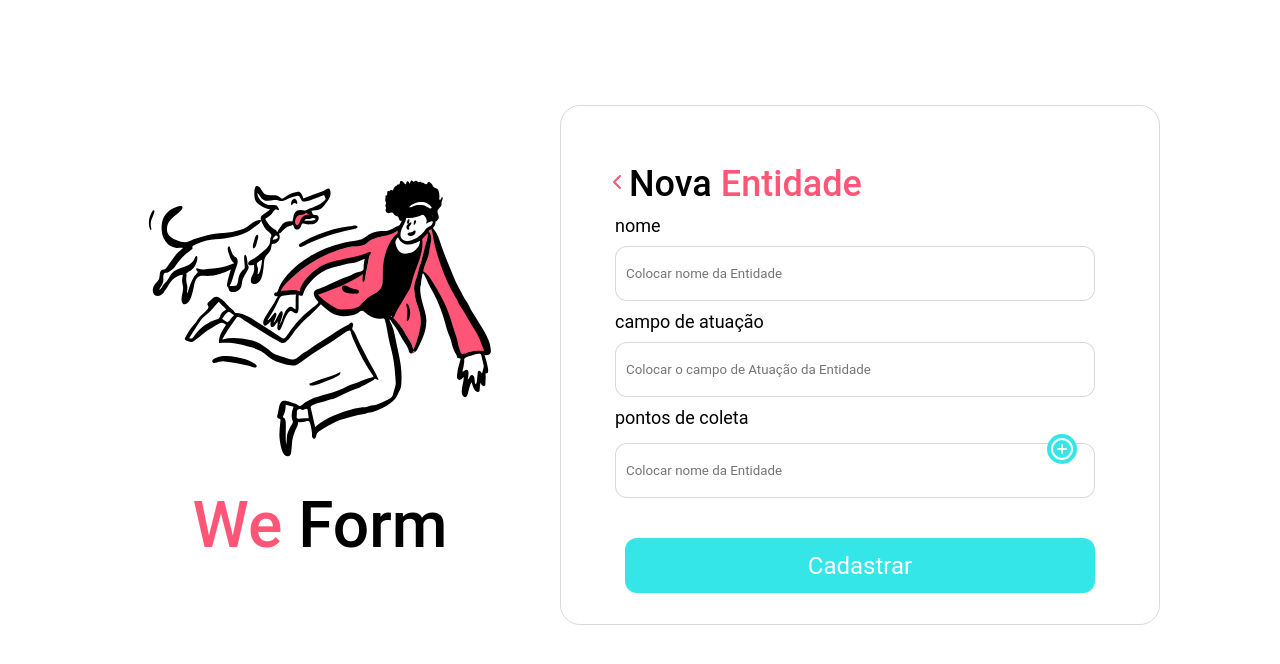
Repository: guilhermecardoso93/we-form
Page: nova-entidade.html
The author's editor kept a copy of each file at every save. The page is drawn from the files as they stood at one save, then again after a run of saves.
The browser window is 1280 px wide. The pictures show the whole page.
Some web libraries are served in a nearby version.

Above is the page before, as saved 2024-06-09 18:30:25.

After the next 3 saves:
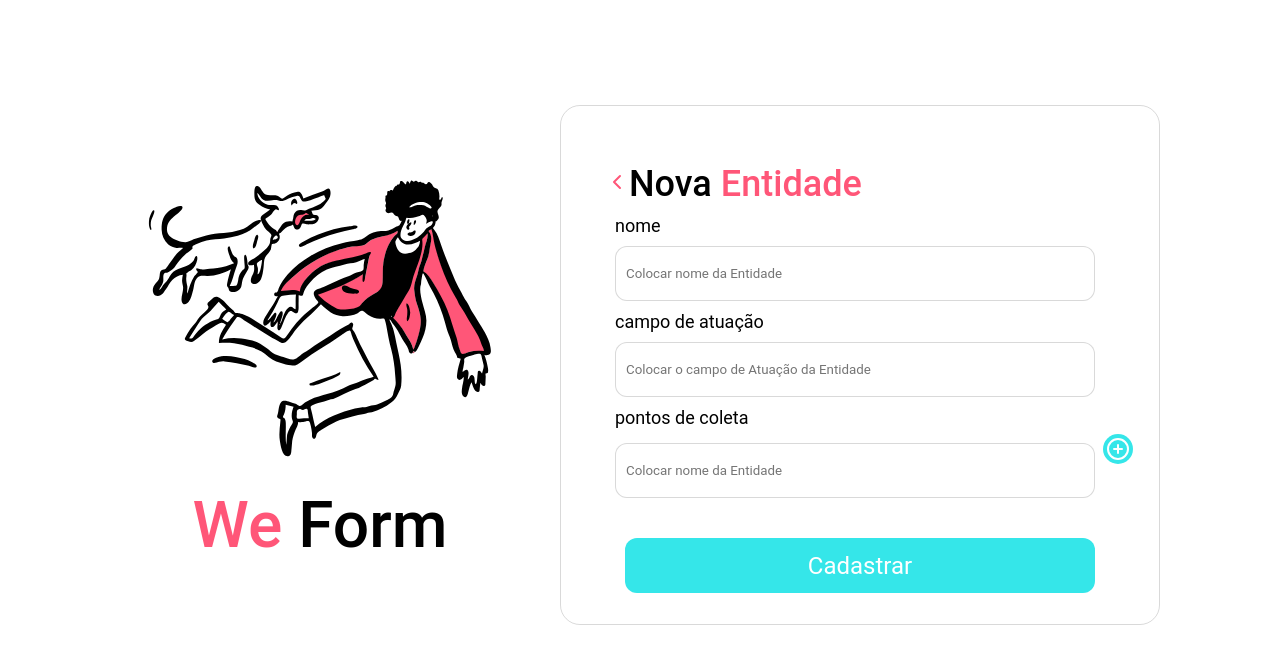
The 3 saves are shown as one change because they came seconds apart.
The last was saved 16 s later.
--- a/styles.css
+++ b/styles.css
@@ -161,7 +161,7 @@ main form label {
   justify-content: center;
   background-color: #35e6e9;
   position: absolute;
-  right: 2.8rem;
+  right: -2.8rem;
   top: 2.7rem;
 
 }
